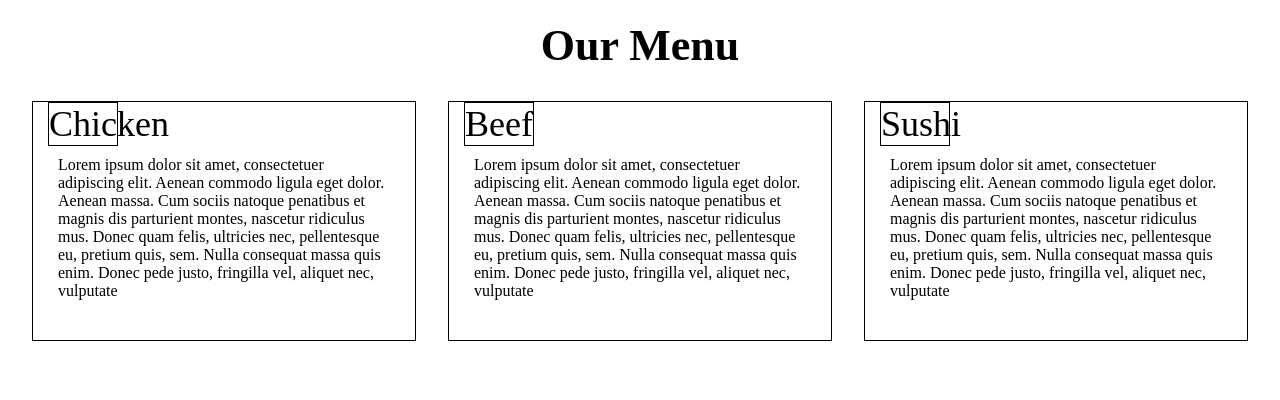
Repository: Normandy72/module2-solution
Page: index.html
An editor plug-in stored every save of this project. The page is shown before and after the next save, followed by the edit.
The browser window is 1280 px wide. The pictures show the whole page.
Some web fonts or font styles are not loaded; a fallback is used.

Above is the page before, as saved 2022-12-05 15:06:27.

After the next save:
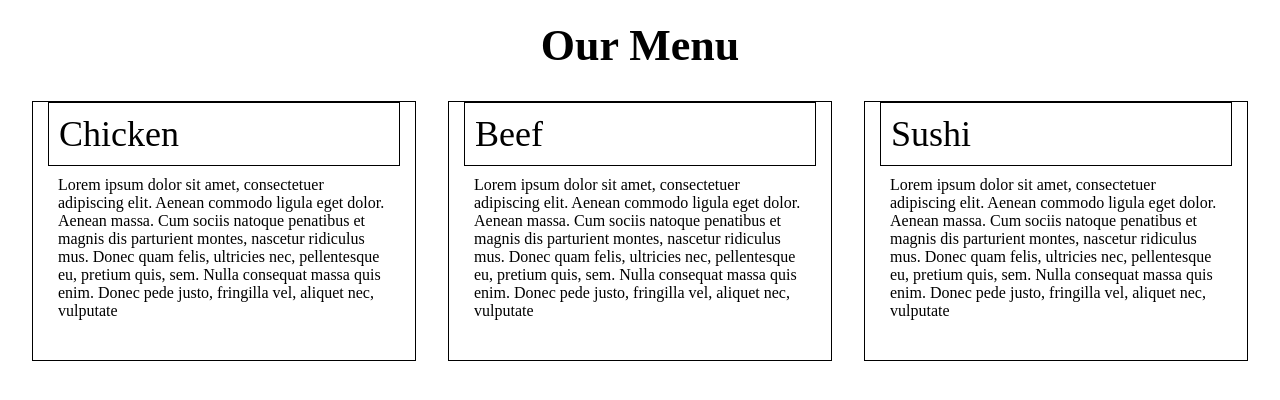
Saved 14 s later.
--- a/styles/style.css
+++ b/styles/style.css
@@ -30,7 +30,7 @@ h1{
 .card__name{
     border: 1px solid black;
     font-size: 3.6rem;
-    width: 20%;
+    padding: 10px;
 }
 
 .card__text{
